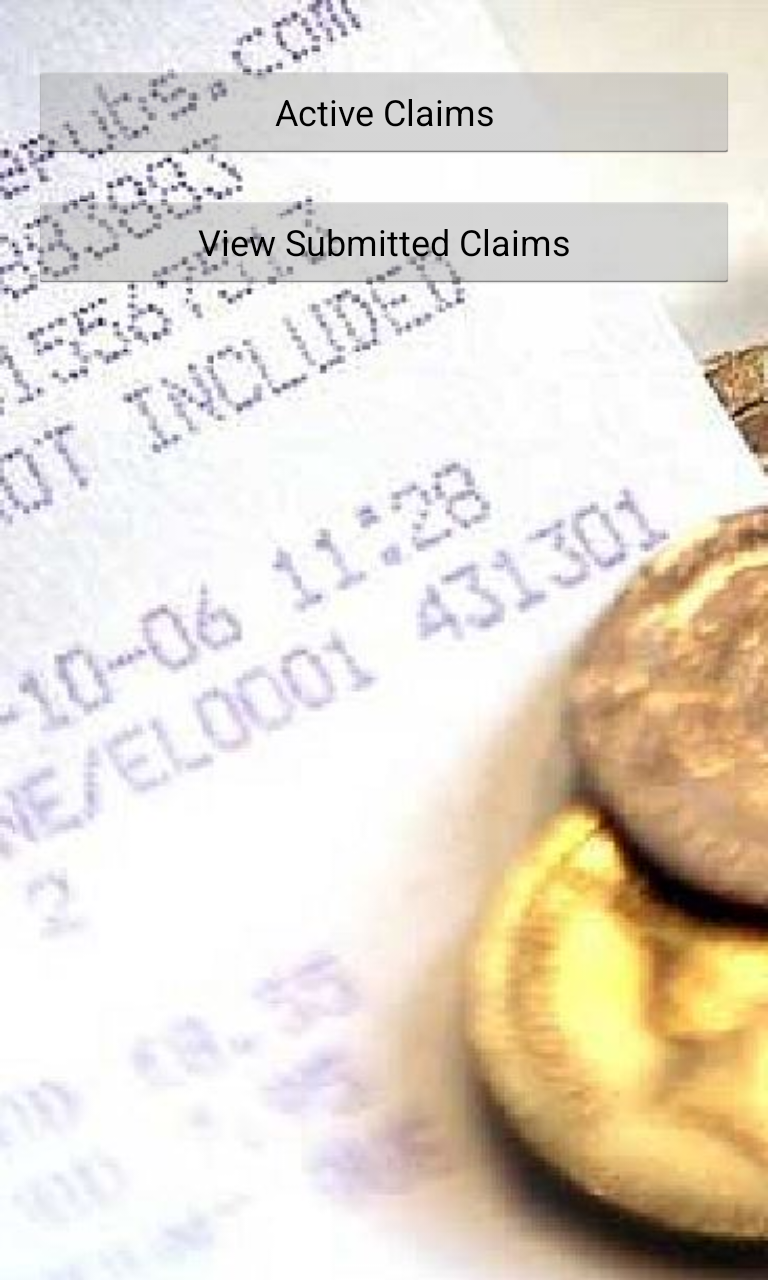
Repository: eorodrig/eorodrigTravelLogger
Layout: TravelLogger/res/layout/activity_main.xml
These files come from the project's save history. The layout is drawn as it stood at one moment and after the next save; the edit follows.
It is drawn on a 768 x 1280 px phone screen (xhdpi) without system bars, with theme AppTheme; the app's code is not run.

Above is the layout before, as saved 2015-02-01 09:37:08.

After the next save:
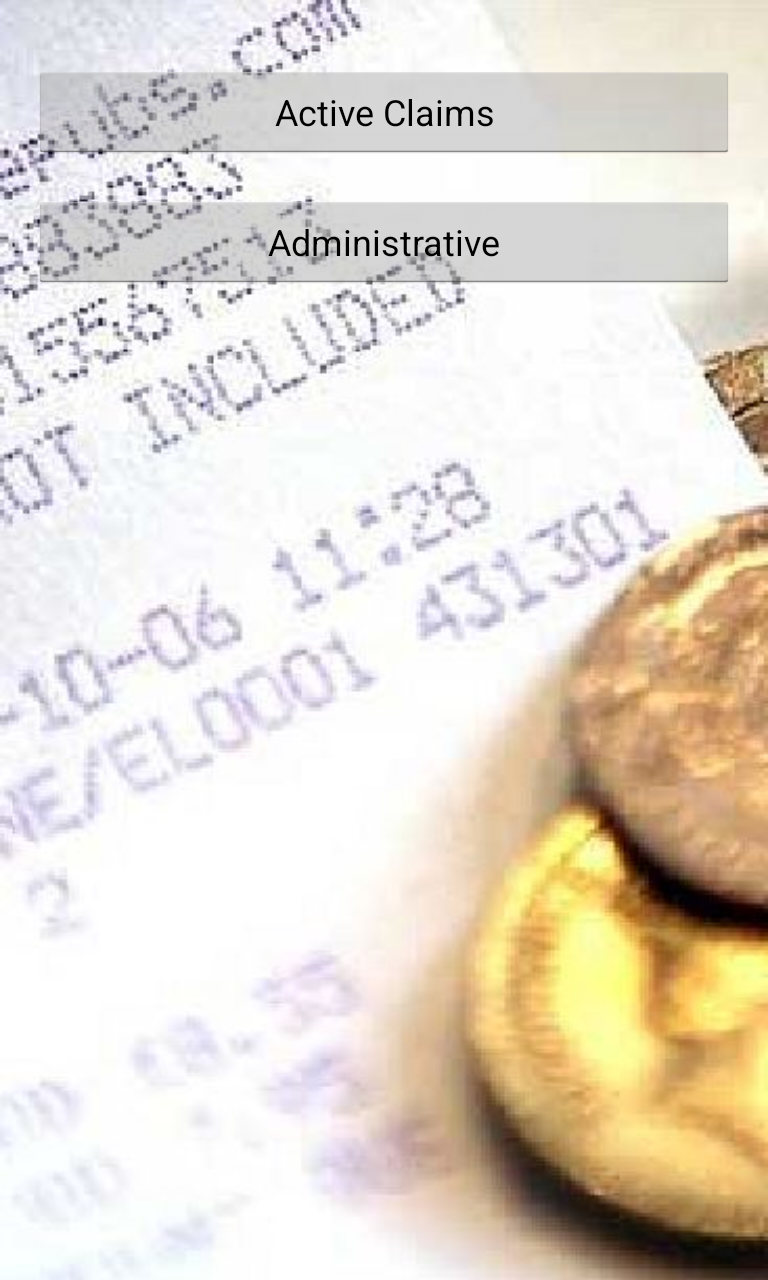
Saved 15 s later.
--- a/TravelLogger/res/layout/activity_main.xml
+++ b/TravelLogger/res/layout/activity_main.xml
@@ -27,6 +27,6 @@
         android:layout_alignLeft="@+id/ViewEditSubmitClaimButton"
         android:layout_below="@+id/ViewEditSubmitClaimButton"
         android:layout_marginTop="17dp"
-        android:text="View Submitted Claims" />
+        android:text="Administrative" />
 
 </RelativeLayout>
